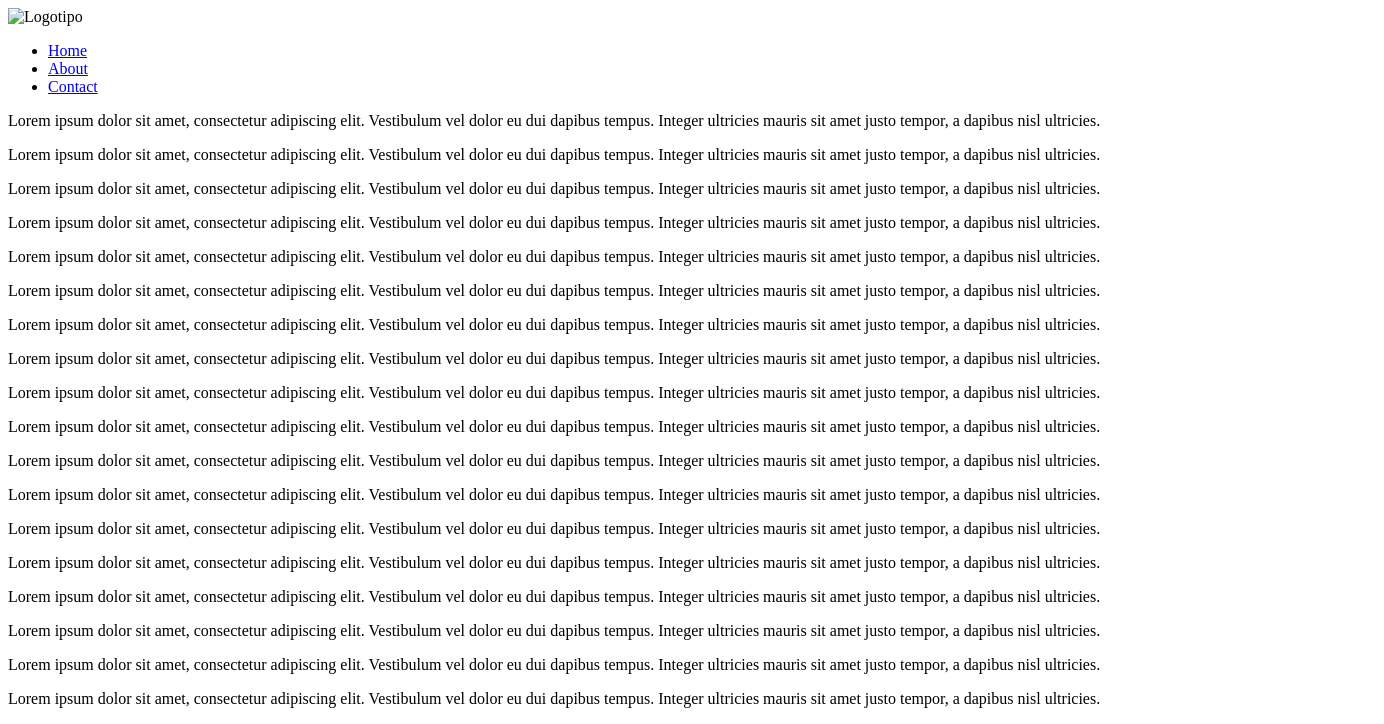
Repository: JoyMoGas/HelujaArc
Page: http://localhost/
The author's editor kept a copy of each file at every save. The page is drawn from the files as they stood at one save, then again after the next save.
The browser window is 1280 px wide. The page is 1280 px wide, then 1384 px, so the pictures cover 1384 px, including what lies to the right of the window. The pictures show the whole page.
The page is served by the project's application, run on Flask 3 (run.py).

Above is the page before, as saved 2024-08-11 18:43:34.

### templates/index.html
<body>
    <div id="demoBox"></div>
    <div class="navbar">
        <div class="navbar-content">
            <img id="logo" src="{{ url_for('static', filename='style.css') }}" alt="Logotipo">
            <nav>
                <ul>
                    <li><a href="#">Home</a></li>
                    <li><a href="#">About</a></li>
                    <li><a href="#">Contact</a></li>
                </ul>
            </nav>
        </div>
    </div>
    <div class="content">
        <!-- Contenido aquí -->
        <p>Lorem ipsum dolor sit amet, consectetur adipiscing elit. Vestibulum vel dolor eu dui dapibus tempus. Integer ultricies mauris sit amet justo tempor, a dapibus nisl ultricies.</p>
        <p>Lorem ipsum dolor sit amet, consectetur adipiscing elit. Vestibulum vel dolor eu dui dapibus tempus. Integer ultricies mauris sit amet justo tempor, a dapibus nisl ultricies.</p>
        <p>Lorem ipsum dolor sit amet, consectetur adipiscing elit. Vestibulum vel dolor eu dui dapibus tempus. Integer ultricies mauris sit amet justo tempor, a dapibus nisl ultricies.</p>
        <p>Lorem ipsum dolor sit amet, consectetur adipiscing elit. Vestibulum vel dolor eu dui dapibus tempus. Integer ultricies mauris sit amet justo tempor, a dapibus nisl ultricies.</p>
        <p>Lorem ipsum dolor sit amet, consectetur adipiscing elit. Vestibulum vel dolor eu dui dapibus tempus. Integer ultricies mauris sit amet justo tempor, a dapibus nisl ultricies.</p>
        <p>Lorem ipsum dolor sit amet, consectetur adipiscing elit. Vestibulum vel dolor eu dui dapibus tempus. Integer ultricies mauris sit amet justo tempor, a dapibus nisl ultricies.</p>
        <p>Lorem ipsum dolor sit amet, consectetur adipiscing elit. Vestibulum vel dolor eu dui dapibus tempus. Integer ultricies mauris sit amet justo tempor, a dapibus nisl ultricies.</p>
        <p>Lorem ipsum dolor sit amet, consectetur adipiscing elit. Vestibulum vel dolor eu dui dapibus tempus. Integer ultricies mauris sit amet justo tempor, a dapibus nisl ultricies.</p>
        <p>Lorem ipsum dolor sit amet, consectetur adipiscing elit. Vestibulum vel dolor eu dui dapibus tempus. Integer ultricies mauris sit amet justo tempor, a dapibus nisl ultricies.</p>
        <p>Lorem ipsum dolor sit amet, consectetur adipiscing elit. Vestibulum vel dolor eu dui dapibus tempus. Integer ultricies mauris sit amet justo tempor, a dapibus nisl ultricies.</p>
        <p>Lorem ipsum dolor sit amet, consectetur adipiscing elit. Vestibulum vel dolor eu dui dapibus tempus. Integer ultricies mauris sit amet justo tempor, a dapibus nisl ultricies.</p>
        <p>Lorem ipsum dolor sit amet, consectetur adipiscing elit. Vestibulum vel dolor eu dui dapibus tempus. Integer ultricies mauris sit amet justo tempor, a dapibus nisl ultricies.</p>
        <p>Lorem ipsum dolor sit amet, consectetur adipiscing elit. Vestibulum vel dolor eu dui dapibus tempus. Integer ultricies mauris sit amet justo tempor, a dapibus nisl ultricies.</p>
        <p>Lorem ipsum dolor sit amet, consectetur adipiscing elit. Vestibulum vel dolor eu dui dapibus tempus. Integer ultricies mauris sit amet justo tempor, a dapibus nisl ultricies.</p>
        <p>Lorem ipsum dolor sit amet, consectetur adipiscing elit. Vestibulum vel dolor eu dui dapibus tempus. Integer ultricies mauris sit amet justo tempor, a dapibus nisl ultricies.</p>
        <p>Lorem ipsum dolor sit amet, consectetur adipiscing elit. Vestibulum vel dolor eu dui dapibus tempus. Integer ultricies mauris sit amet justo tempor, a dapibus nisl ultricies.</p>
        <p>Lorem ipsum dolor sit amet, consectetur adipiscing elit. Vestibulum vel dolor eu dui dapibus tempus. Integer ultricies mauris sit amet justo tempor, a dapibus nisl ultricies.</p>
        <p>Lorem ipsum dolor sit amet, consectetur adipiscing elit. Vestibulum vel dolor eu dui dapibus tempus. Integer ultricies mauris sit amet justo tempor, a dapibus nisl ultricies.</p>
    </div>
</body>

### static/style.css
/* General Styles and Reset */
body, h1, ul, li {
    margin: 0;
    padding: 0;
}

body {
    font-family: Arial, sans-serif;
    margin: 0;
    display: flex;
    justify-content: center;
    align-items: flex-start;
    height: 100vh;
    background: #f4f4f4;
}

/* Estilo para la navbar */
.navbar {
    position: fixed;
    top: 0;
    left: 0;
    width: 100%;
    background-color: transparent;
    color: #fff;
    display: flex;
    justify-content: center;
    align-items: center;
    transition: background-color 0.7s ease;
    z-index: 2; /* Asegúrate de que la navbar esté sobre el fondo */
    box-sizing: border-box;
}

/* Cambio de color de la navbar al hacer scroll */
.navbar.scrolled {
    background-color: #333;
}

/* Contenido dentro de la navbar */
.navbar-content {
    display: flex;
    justify-content: space-between;
    align-items: center;
    width: 100%;
    max-width: 1200px;
    padding: 0 20px; /* Ajuste para evitar espacio adicional */
    box-sizing: border-box;
    transition: padding 0.3s ease;
}

/* Estilo de los enlaces en la navbar */
.navbar nav ul {
    display: flex;
    gap: 20px;
    list-style-type: none;
    margin: 0;
    padding: 30px;
    padding-left: 120px;
}

.navbar nav ul li {
    margin-left: 20px;
}

.navbar nav ul li a {
    color: #fff;
    text-decoration: none;
}

/* Estilo para el contenido del body */
.content {
    text-align: center;
    width: 100%;
    max-width: 1200px;
    padding-top: 35em;
    box-sizing: border-box;
    margin-top: 0; /* Elimina el margen superior extra */
}

/* Estilo para el demoBox */
#demoBox {
    position: absolute;
    top: 0;
    left: 0;
    width: 100%;
    height: 500px;
    background-image: url("https://images.unsplash.com/photo-1529673203658-56306382b724?auto=format&fit=crop&w=1000&q=80&ar=16:9");
    background-size: cover;
    background-attachment: fixed;
    z-index: 1; /* Fondo debajo de todo */
    overflow: hidden;
}

/* Definir los keyframes para la animación del logo */
@keyframes moveToNavbar {
    0% {
        position: absolute;
        top: 110px; /* Posición inicial en el body */
        left: 50%;
        transform: translateX(-50%) scale(1);
        height: 300px;
    }
    100% {
        position: fixed;
        top: 0px; /* Posición final en la navbar */
        left: 120px; /* Ajusta según el espacio en la navbar */
        transform: translateX(0) scale(0.6);
        height: 100px;
    }
}

/* Estilo inicial del logotipo */
#logo {
    position: absolute;
    top: 110px;
    left: 50%;
    transform: translateX(-50%);
    height: 300px;
    border: 2px solid red; /* Añade un borde para verificar la visibilidad */
    transition: none; /* Desactivar transiciones CSS predeterminadas */
    animation: none; /* Desactivar animaciones por defecto */
}


/* Estilo cuando se hace scroll */
.navbar.scrolled #logo {
    animation: moveToNavbar 1.5s forwards;
}

Loaded but not shown: run.py (common file)

After the next save:
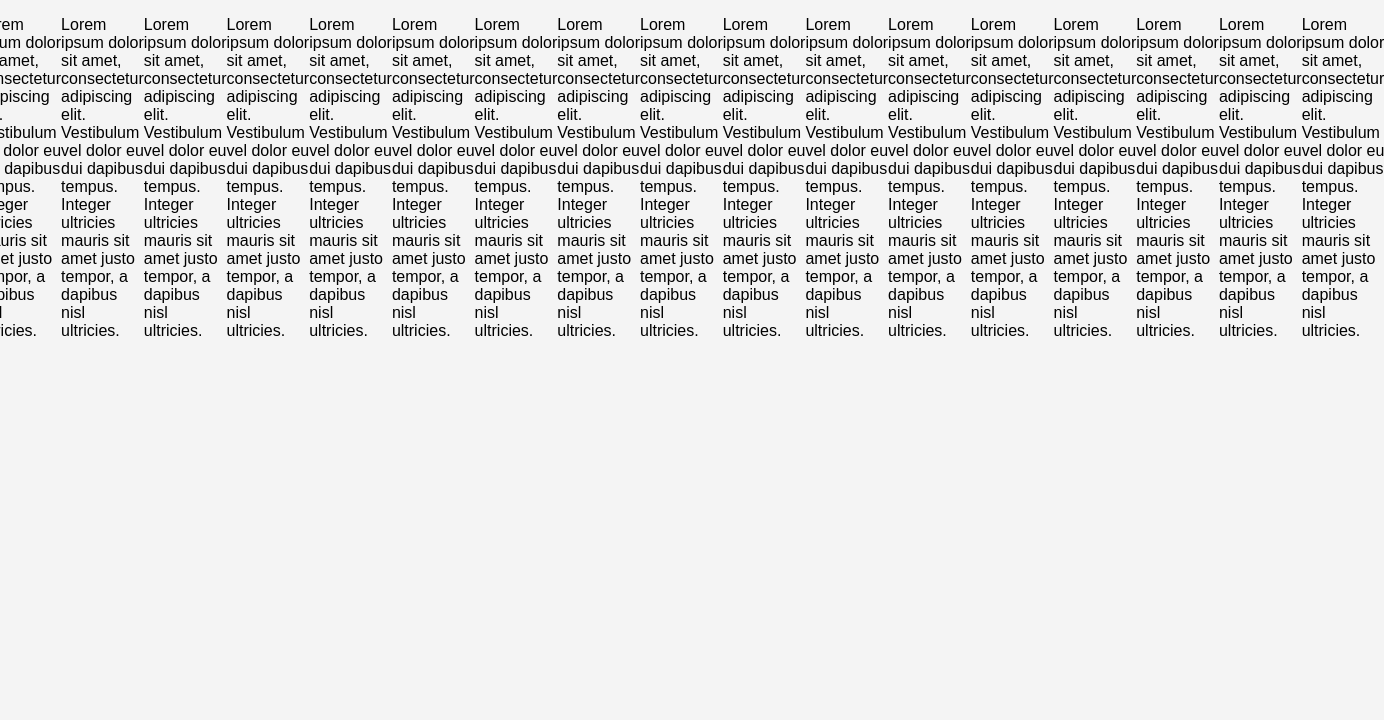
Saved 51 s later.
--- a/templates/index.html
+++ b/templates/index.html
@@ -1,19 +1,12 @@
-<body>
-    <div id="demoBox"></div>
-    <div class="navbar">
-        <div class="navbar-content">
-            <img id="logo" src="{{ url_for('static', filename='style.css') }}" alt="Logotipo">
-            <nav>
-                <ul>
-                    <li><a href="#">Home</a></li>
-                    <li><a href="#">About</a></li>
-                    <li><a href="#">Contact</a></li>
-                </ul>
-            </nav>
-        </div>
-    </div>
-    <div class="content">
-        <!-- Contenido aquí -->
+<!DOCTYPE html>
+<html lang="en">
+<head>
+    <meta charset="UTF-8">
+    <meta name="viewport" content="width=device-width, initial-scale=1.0">
+    <title>Animación del Logo</title>
+    <link rel="stylesheet" href="{{ url_for('static', filename='style.css') }}">
+</head>
+<p>Lorem ipsum dolor sit amet, consectetur adipiscing elit. Vestibulum vel dolor eu dui dapibus tempus. Integer ultricies mauris sit amet justo tempor, a dapibus nisl ultricies.</p>
         <p>Lorem ipsum dolor sit amet, consectetur adipiscing elit. Vestibulum vel dolor eu dui dapibus tempus. Integer ultricies mauris sit amet justo tempor, a dapibus nisl ultricies.</p>
         <p>Lorem ipsum dolor sit amet, consectetur adipiscing elit. Vestibulum vel dolor eu dui dapibus tempus. Integer ultricies mauris sit amet justo tempor, a dapibus nisl ultricies.</p>
         <p>Lorem ipsum dolor sit amet, consectetur adipiscing elit. Vestibulum vel dolor eu dui dapibus tempus. Integer ultricies mauris sit amet justo tempor, a dapibus nisl ultricies.</p>
@@ -31,6 +24,5 @@
         <p>Lorem ipsum dolor sit amet, consectetur adipiscing elit. Vestibulum vel dolor eu dui dapibus tempus. Integer ultricies mauris sit amet justo tempor, a dapibus nisl ultricies.</p>
         <p>Lorem ipsum dolor sit amet, consectetur adipiscing elit. Vestibulum vel dolor eu dui dapibus tempus. Integer ultricies mauris sit amet justo tempor, a dapibus nisl ultricies.</p>
         <p>Lorem ipsum dolor sit amet, consectetur adipiscing elit. Vestibulum vel dolor eu dui dapibus tempus. Integer ultricies mauris sit amet justo tempor, a dapibus nisl ultricies.</p>
-        <p>Lorem ipsum dolor sit amet, consectetur adipiscing elit. Vestibulum vel dolor eu dui dapibus tempus. Integer ultricies mauris sit amet justo tempor, a dapibus nisl ultricies.</p>
-    </div>
-</body>
+
+</html>
